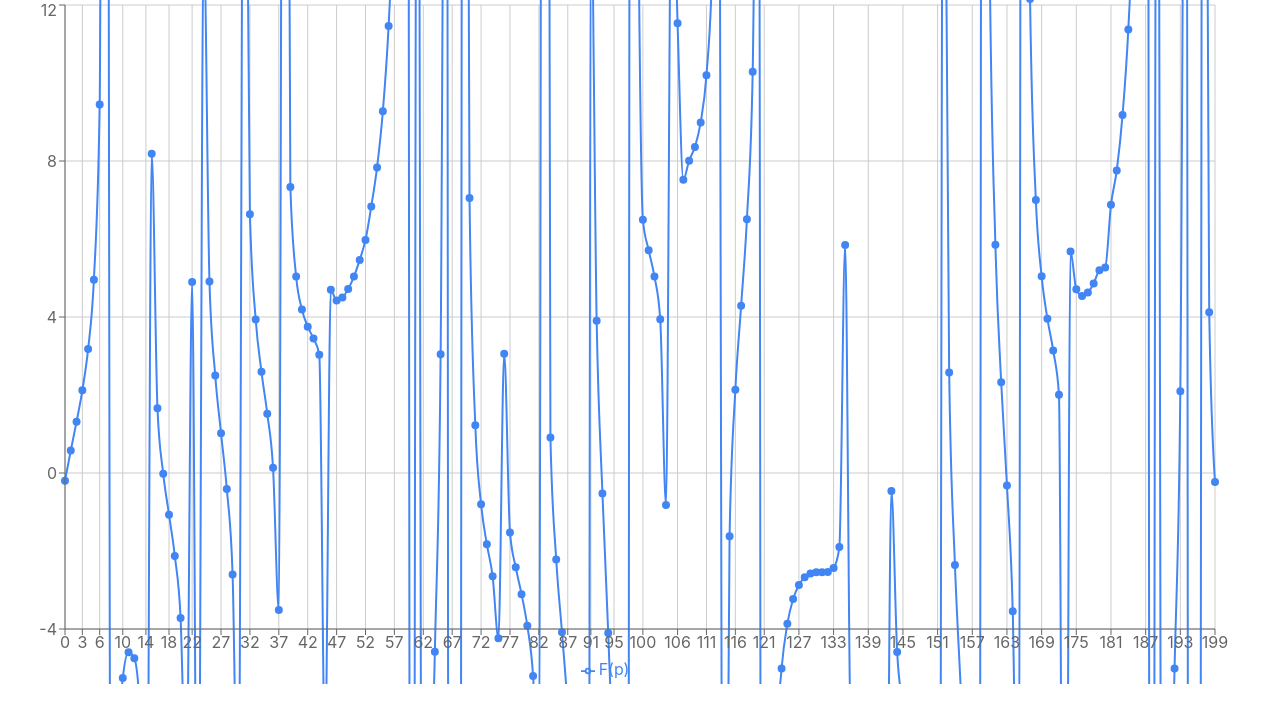
Repository: ivanburlakov/rts-labs
Page: / (app in lab2.2/)
An editor plug-in stored every save of this project. The page is shown before and after the next save, followed by the edit.
The browser window is 1280 px wide. The pictures show the whole page.
The project was rebuilt for these pictures with package versions that can differ from the ones it lists, and the page was loaded fresh each time.

Above is the page before, as saved 2021-04-26 13:53:15.

After the next save:
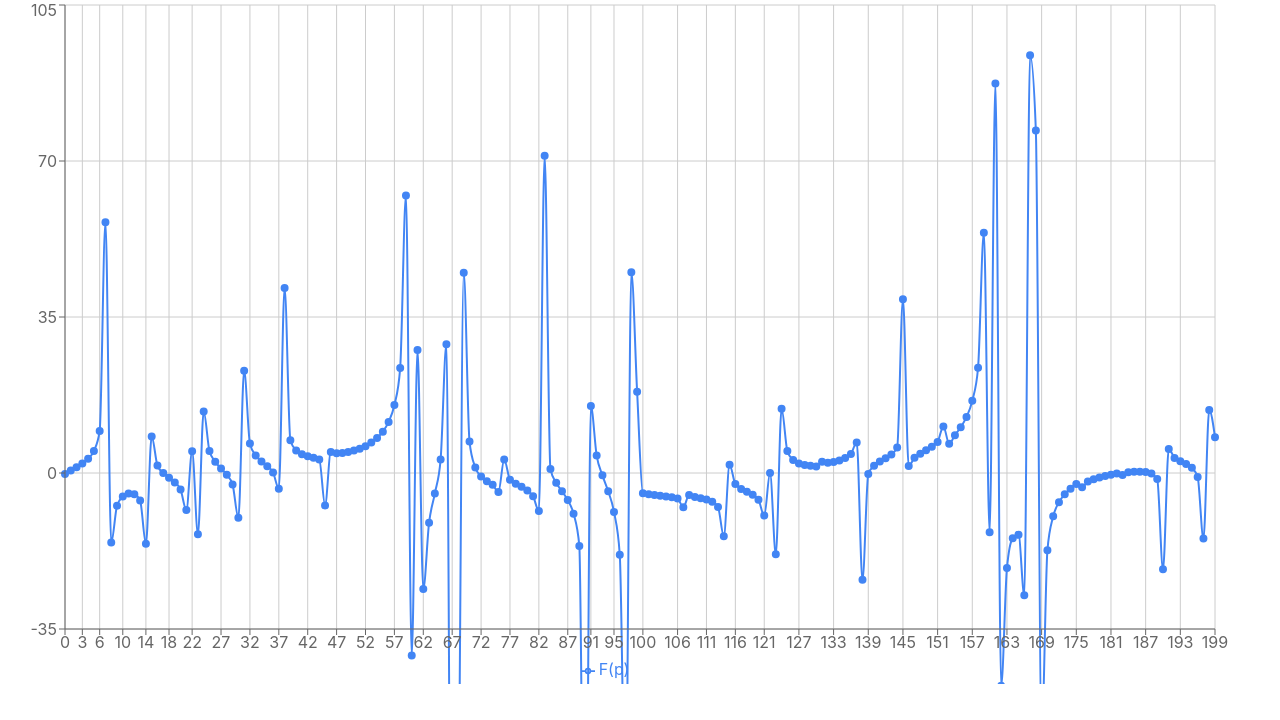
Saved 21 min 2 s later.
--- a/lab2.2/src/App.js
+++ b/lab2.2/src/App.js
@@ -25,7 +25,7 @@ function Wp(p, N) {
 function F1(x, p) {
   const N = x.length;
   let F = 0;
-  for (let k = 0; k < (N / 2) - 1; k++) {
+  for (let k = 0; k < N / 2 - 1; k++) {
     F += x[2 * k] * W(p, k, N / 2);
   }
   return F;
@@ -34,7 +34,7 @@ function F1(x, p) {
 function F2(x, p) {
   const N = x.length;
   let F = 0;
-  for (let k = 0; k < (N / 2) - 1; k++) {
+  for (let k = 0; k < N / 2 - 1; k++) {
     F += x[2 * k + 1] * W(p, k, N / 2);
   }
   return F;
@@ -93,7 +93,7 @@ function generateChart(harmonics, frequencyBorder, ticks) {
     } else {
       data.push({
         p,
-        "F(p)": `${F2(x, p) - Wp(p, N) * F1(x, p)}`,
+        "F(p)": `${F2(x, p - N / 2) - Wp(p - N / 2, N) * F1(x, p - N / 2)}`,
       });
     }
   }
